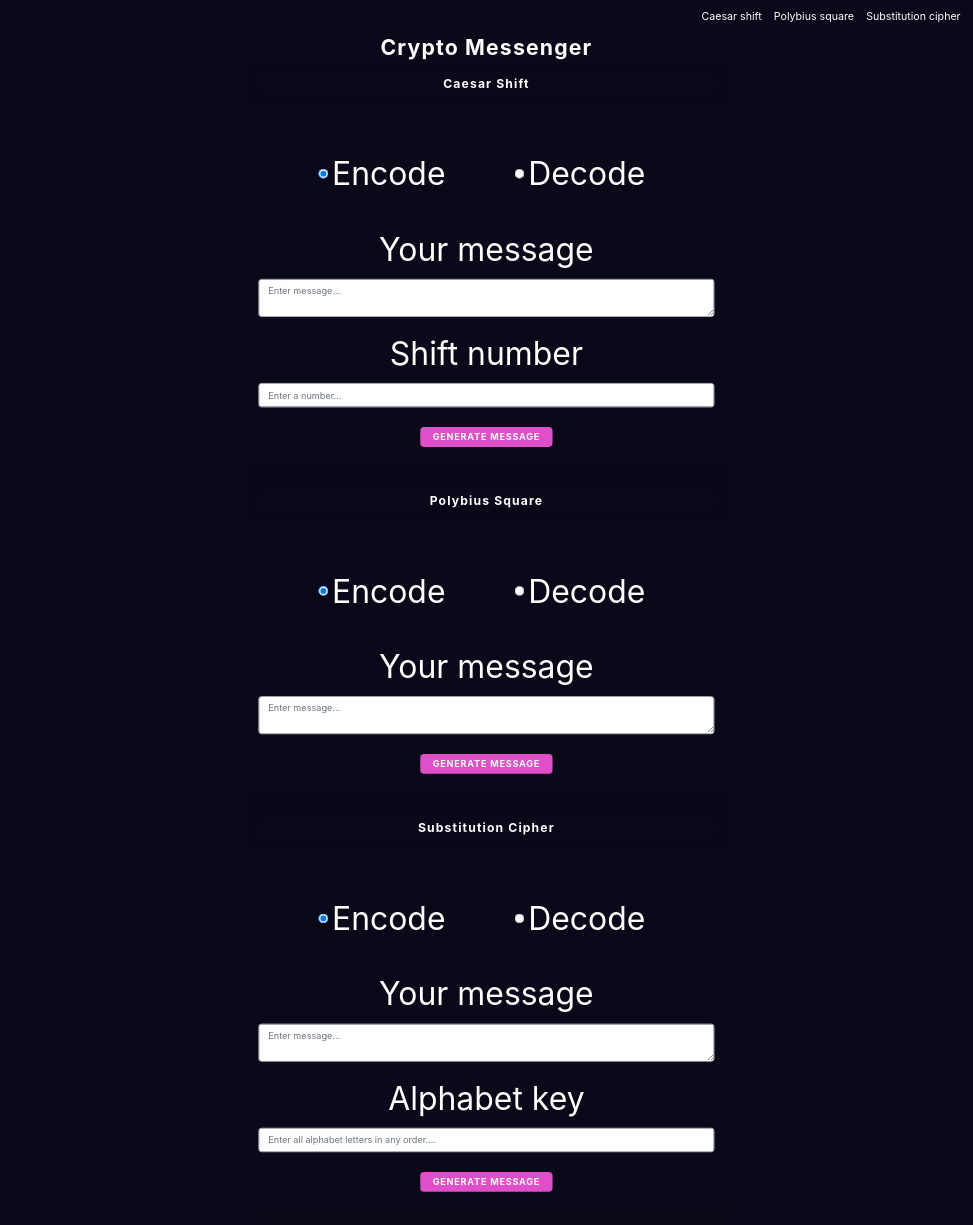
Repository: Rthompson2548/Project-Decoder-Ring
Page: index.html
An editor plug-in stored every save of this project. The page is shown before and after the next save, followed by the edit.
The browser window is 1280 px wide. The pictures show the whole page, at 76% of full size.

Above is the page before, as saved 2022-04-09 20:18:30.

After the next save:
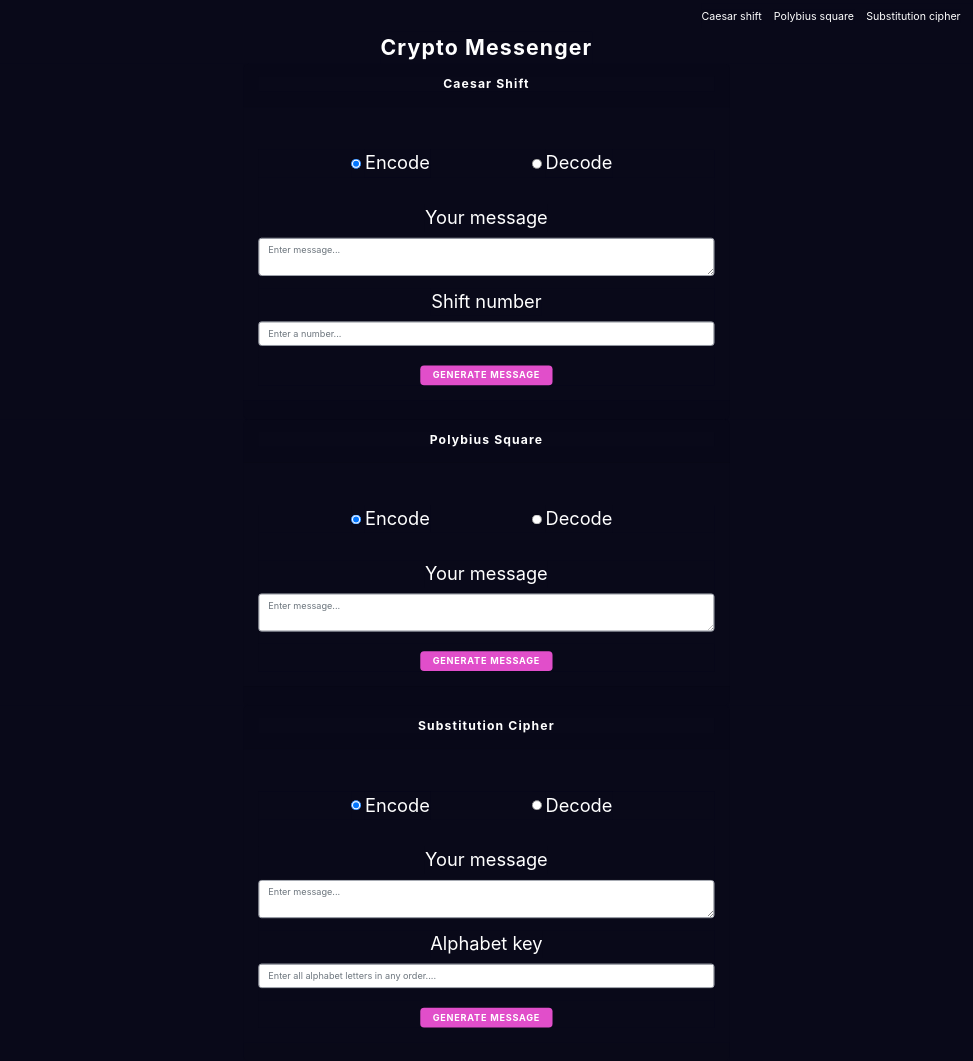
Saved 4 s later.
--- a/index.css
+++ b/index.css
@@ -61,7 +61,7 @@ section {
 }
 
 label {
-  font-size: 42px;
+  font-size: 24px;
 }
 
 .language-card {
